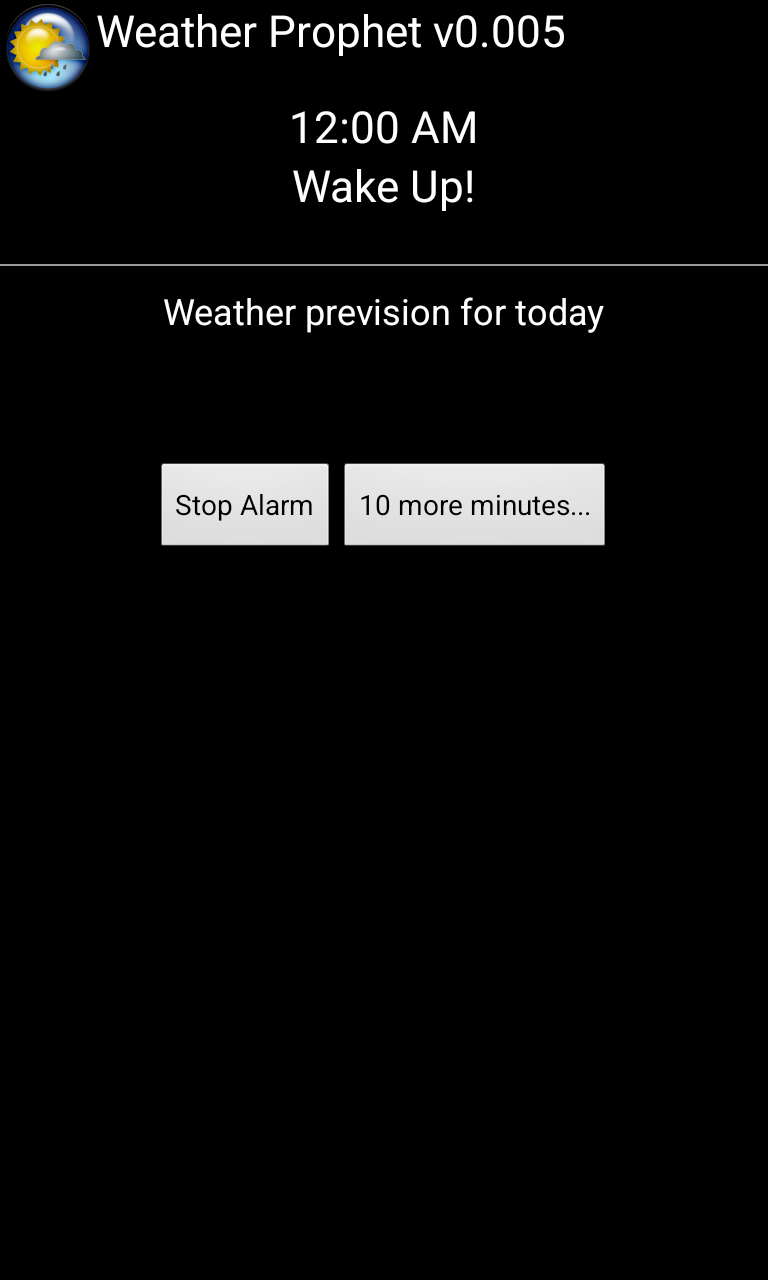
Repository: kaleidos/Weather-Prophet
Layout: android/WeatherProphet/res/layout/showalarm.xml
The author's editor kept a copy of each file at every save. The layout is drawn from the files as they stood at one save, then again after the next save.
It is drawn on a 768 x 1280 px phone screen (xhdpi) without system bars, with theme android:Theme; the app's code is not run.

Above is the layout before, as saved 2011-12-16 09:14:25.

### android/WeatherProphet/res/layout/showalarm.xml
<?xml version="1.0" encoding="utf-8"?>
<LinearLayout xmlns:android="http://schemas.android.com/apk/res/android"
    android:layout_width="fill_parent"
    android:layout_height="fill_parent"
    android:gravity="center_horizontal"
    android:orientation="vertical" >

    <LinearLayout
        android:layout_width="fill_parent"
        android:layout_height="wrap_content"
        android:gravity="fill_horizontal" >

        <ImageView
            android:id="@+id/imageView1"
            android:layout_width="wrap_content"
            android:layout_height="wrap_content"
            android:src="@drawable/ic_weather_prophet"
            android:textAppearance="?android:attr/textAppearanceMedium" />

        <TextView
            android:layout_width="fill_parent"
            android:layout_height="wrap_content"
            android:text="@string/hello"
            android:textAppearance="?android:attr/textAppearanceLarge" />
    </LinearLayout>

    <DigitalClock
        android:id="@+id/digitalClock1"
        android:layout_width="wrap_content"
        android:layout_height="wrap_content"
        android:text="DigitalClock"
        android:textAppearance="?android:attr/textAppearanceLarge" />

    <TextView
        android:id="@+id/textView1"
        android:layout_width="wrap_content"
        android:layout_height="wrap_content"
        android:text="@string/wake_up"
        android:textAppearance="?android:attr/textAppearanceLarge" />

    <ImageView
        android:id="@+id/imageView1"
        android:layout_width="fill_parent"
        android:layout_height="1dp"
        android:layout_marginBottom="10dp"
        android:layout_marginTop="25dp"
        android:background="#999999" />

    <TextView
        android:id="@+id/textView2"
        android:layout_width="wrap_content"
        android:layout_height="wrap_content"
        android:text="@string/prevision"
        android:textAppearance="?android:attr/textAppearanceMedium" />

    <TextView
        android:id="@+id/txtPrevisionPretty"
        android:layout_width="wrap_content"
        android:layout_height="wrap_content"
        android:text=""
        android:textAppearance="?android:attr/textAppearanceSmall" />

    <TextView
        android:id="@+id/txtPrevisionProb"
        android:layout_width="wrap_content"
        android:layout_height="wrap_content"
        android:text=""
        android:textAppearance="?android:attr/textAppearanceSmall" />

    <LinearLayout
        android:id="@+id/linearLayout1"
        android:layout_width="fill_parent"
        android:layout_height="wrap_content"
        android:layout_marginTop="25dp"
        android:gravity="center_horizontal" >

        <Button
            android:id="@+id/button1"
            android:layout_width="wrap_content"
            android:layout_height="wrap_content"
            android:onClick="stopAlarm"
            android:text="@string/stop_alarm" />

        <Button
            android:id="@+id/button2"
            android:layout_width="wrap_content"
            android:layout_height="wrap_content"
            android:onClick="snooze"
            android:text="@string/snooze" />

    </LinearLayout>

</LinearLayout>

### android/WeatherProphet/res/values/strings.xml
<?xml version="1.0" encoding="utf-8"?>
<resources>

    <string name="hello">Weather Prophet v0.005</string>
    <string name="app_name">WeatherProphet</string>
    <string name="wake_up">Wake Up!</string>
    <string name="stop_alarm">Stop Alarm</string>
    <string name="base_hour">Set your wake up hour</string>
    <string name="time_offset">Set offset</string>
    <string name="minutes">5</string>
    <string name="activate">Activate Wake Up Call</string>
    <string name="save">Save Preferences</string>
    <string name="notification">Show notification icon</string>
    <string name="login">Log In</string>
    <string name="username">User name</string>
    <string name="password">Password</string>
    <string name="submit">Submit</string>
    <string name="rainalarm">Rain Alarm</string>
    <string name="activaterainalarm">Activate Rain Alarm</string>
    <string name="ifrain">If rain probability is higer than</string>
    <string name="wakeme">Wake me earlier</string>
    <string name="morning">Morning</string>
    <string name="evening">Evening</string>
    <string name="night">Night</string>
    <string name="sendmail">Send me an email the day before</string>
    <string name="prevision">Weather prevision for today</string>
    <string name="wipe">Wipe settings from the device</string>
    <string name="about">About</string>
    <string name="web">http://weatherprophet.kaleidos.net</string>
    <string name="close">Close</string>
    <string name="kaleidos">A creation from Kaleidos</string>
    <string name="weatherprophet">Weather Prophet</string>
    <string name="version">v0.005</string>
    <string name="kaleidos_web">http://kaleidos.net</string>
    <string name="snooze">10 more minutes...</string>

</resources>

After the next save:
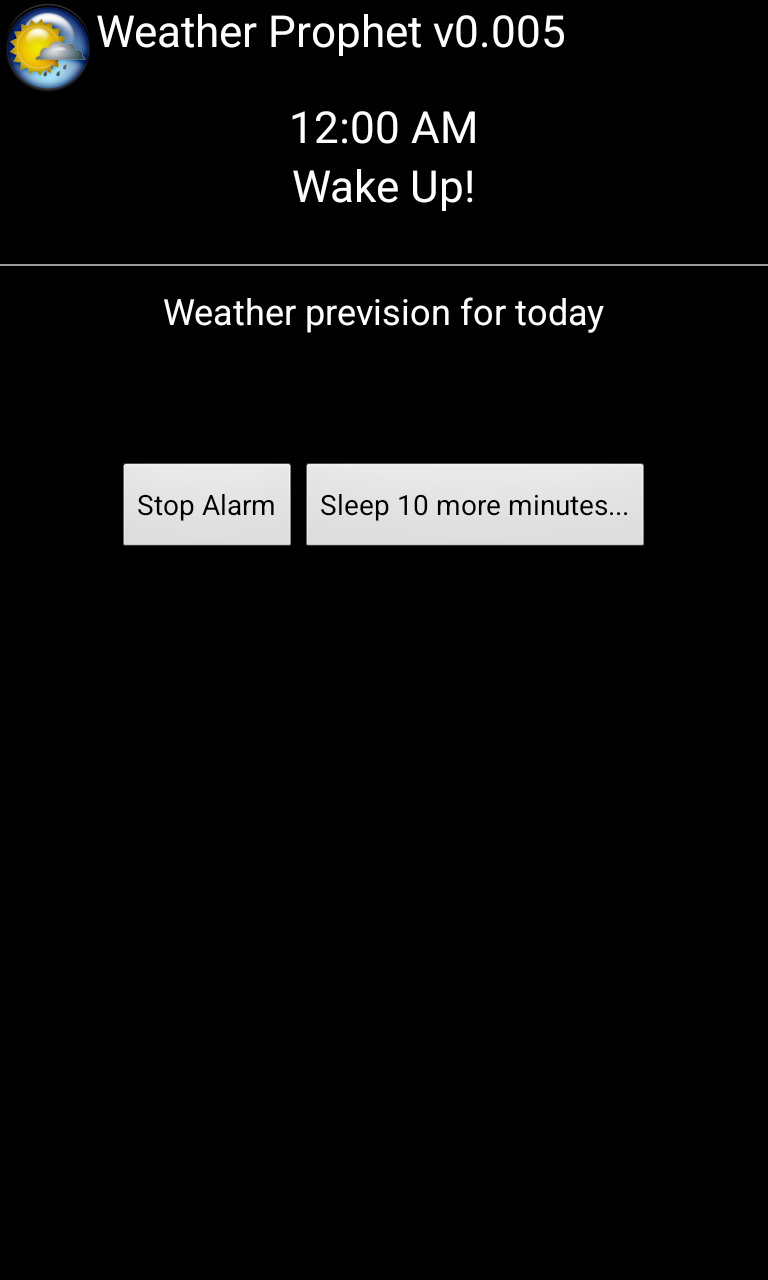
Saved 12 s later.
--- a/android/WeatherProphet/res/values/strings.xml
+++ b/android/WeatherProphet/res/values/strings.xml
@@ -32,6 +32,6 @@
     <string name="weatherprophet">Weather Prophet</string>
     <string name="version">v0.005</string>
     <string name="kaleidos_web">http://kaleidos.net</string>
-    <string name="snooze">10 more minutes...</string>
+    <string name="snooze">Sleep 10 more minutes...</string>
 
 </resources>
